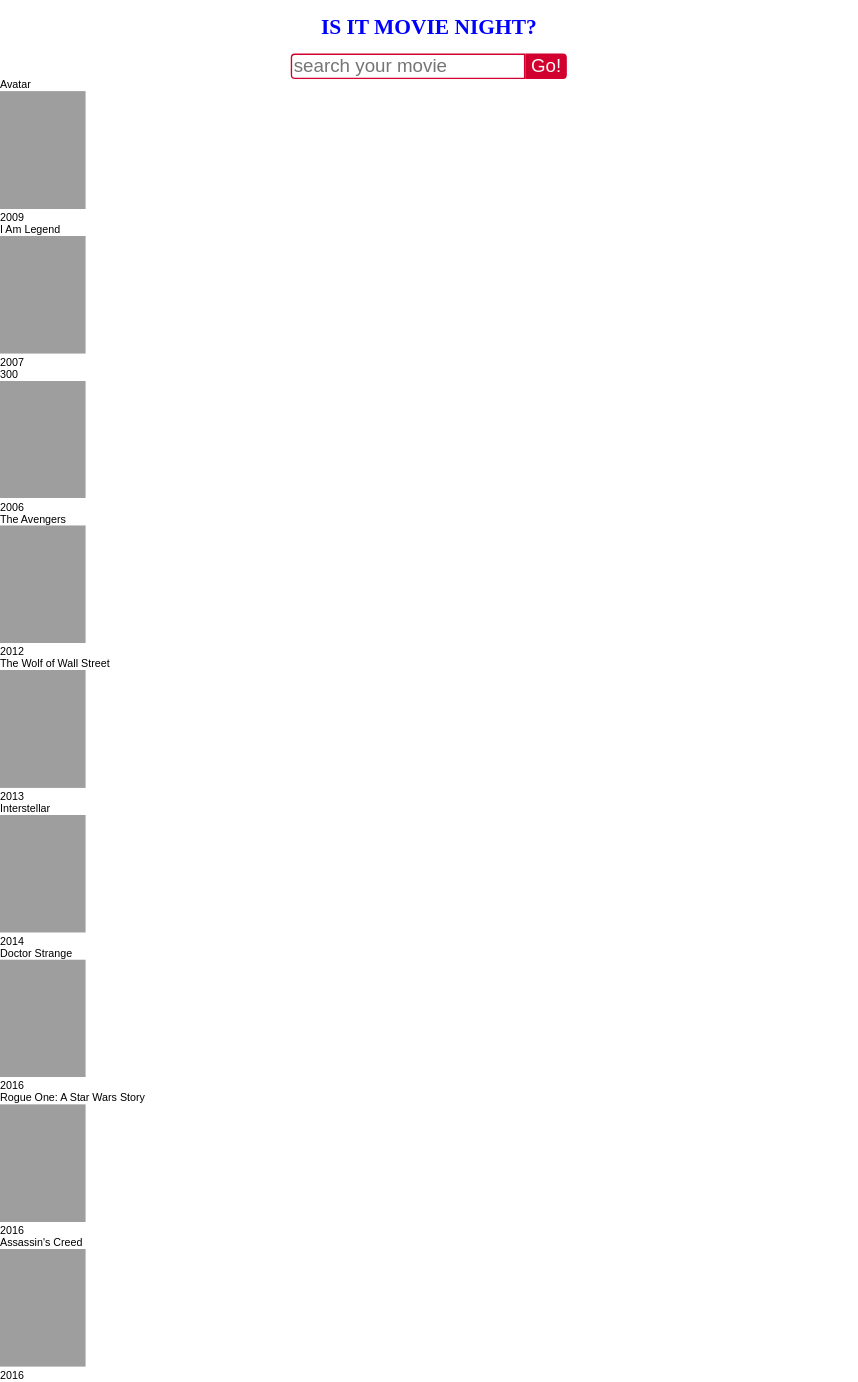
Repository: runner855/movies-app
Page: /
An editor plug-in stored every save of this project. The page is shown before and after the next save, followed by the edit.
The browser window is 1280 px wide. The pictures show the whole page, at 67% of full size.
Pictures or frames that could not be fetched are drawn as grey boxes. The project was rebuilt for these pictures with package versions that can differ from the ones it lists, and the page was loaded fresh each time. Also part of the build but not shown: src/styles/App.css.

Above is the page before, as saved 2021-06-17 22:43:54.

### src/index.js
import React from "react";
import ReactDOM from "react-dom";
import "./styles/index.css";
import App from "./components/App";
import data from "./data/data.json";

ReactDOM.render(
  <React.StrictMode>
    <App data={data} />
  </React.StrictMode>,
  document.getElementById("root")
);

### src/styles/index.css
@font-face {
  font-family: "BebasNeue";
  src: url("../fonts/BebasNeue.otf") format("otf");
}
* {
  box-sizing: border-box;
}

body {
  margin: 0;
  padding: 0;
  font-family: "BebasNeue", sans-serif;
  /* background-color: #000; */
}

### src/components/App.js
import React from "react";
import "../styles/App.css";
import PropTypes from "prop-types";
import Header from "../components/header";
import Search from "../components/Search";
import MovieSummaries from "./MovieSummaries";

const App = ({ data }) => {
  return (
    <div className="Movie">
      <Header />
      <Search />
      <MovieSummaries data={data} />
    </div>
  );
};

export default App;

App.propTypes = {
  movies: PropTypes.arrayOf(
    PropTypes.shape({
      Title: PropTypes.string,
      Poster: PropTypes.any,
      Year: PropTypes.number,
    })
  ),
};

### src/data/data.json
[
  {
    "Title": "Avatar",
    "Year": "2009",
    "Rated": "PG-13",
    "Released": "18 Dec 2009",
    "Runtime": "162 min",
    "Genre": "Action, Adventure, Fantasy",
    "Director": "James Cameron",
    "Writer": "James Cameron",
    "Actors": "Sam Worthington, Zoe Saldana, Sigourney Weaver, Stephen Lang",
    "Plot": "A paraplegic marine dispatched to the moon Pandora on a unique mission becomes torn between following his orders and protecting the world he feels is his home.",
    "Language": "English, Spanish",
    "Country": "USA, UK",
    "Awards": "Won 3 Oscars. Another 80 wins & 121 nominations.",
    "Poster": "https://lumiere-a.akamaihd.net/v1/images/avatar_800x1200_208c9665.jpeg?region=0%2C0%2C800%2C1200",
    "Metascore": "83",
    "imdbRating": "7.9",
    "imdbVotes": "890,617",
    "imdbID": "tt0499549",
    "Type": "movie",
    "Response": "True",
    "Images": [
      "https://images-na.ssl-images-amazon.com/images/M/MV5BMjEyOTYyMzUxNl5BMl5BanBnXkFtZTcwNTg0MTUzNA@@._V1_SX1500_CR0,0,1500,999_AL_.jpg",
      "https://images-na.ssl-images-amazon.com/images/M/MV5BNzM2MDk3MTcyMV5BMl5BanBnXkFtZTcwNjg0MTUzNA@@._V1_SX1777_CR0,0,1777,999_AL_.jpg",
      "https://images-na.ssl-images-amazon.com/images/M/MV5BMTY2ODQ3NjMyMl5BMl5BanBnXkFtZTcwODg0MTUzNA@@._V1_SX1777_CR0,0,1777,999_AL_.jpg",
      "https://images-na.ssl-images-amazon.com/images/M/MV5BMTMxOTEwNDcxN15BMl5BanBnXkFtZTcwOTg0MTUzNA@@._V1_SX1777_CR0,0,1777,999_AL_.jpg",
      "https://images-na.ssl-images-amazon.com/images/M/MV5BMTYxMDg1Nzk1MV5BMl5BanBnXkFtZTcwMDk0MTUzNA@@._V1_SX1500_CR0,0,1500,999_AL_.jpg"
    ]
  },
  {
    "Title": "I Am Legend",
    "Year": "2007",
    "Rated": "PG-13",
    "Released": "14 Dec 2007",
    "Runtime": "101 min",
    "Genre": "Drama, Horror, Sci-Fi",
    "Director": "Francis Lawrence",
    "Writer": "Mark Protosevich (screenplay), Akiva Goldsman (screenplay), Richard Matheson (novel), John William Corrington, Joyce Hooper Corrington",
    "Actors": "Will Smith, Alice Braga, Charlie Tahan, Salli Richardson-Whitfield",
    "Plot": "Years after a plague kills most of humanity and transforms the rest into monsters, the sole survivor in New York City struggles valiantly to find a cure.",
    "Language": "English",
    "Country": "USA",
    "Awards": "9 wins & 21 nominations.",
    "Poster": "https://m.media-amazon.com/images/M/MV5BNWNlNzI2MzgtYmJiYS00YjljLTk0ZGQtZDM3NjU4YjNmMjdiXkEyXkFqcGdeQXVyNTIzOTk5ODM@._V1_.jpg",
    "Metascore": "65",
    "imdbRating": "7.2",
    "imdbVotes": "533,874",
    "imdbID": "tt0480249",
    "Type": "movie",
    "Response": "True",
    "Images": [
      "https://images-na.ssl-images-amazon.com/images/M/MV5BMTI0NTI4NjE3NV5BMl5BanBnXkFtZTYwMDA0Nzc4._V1_.jpg",
      "https://images-na.ssl-images-amazon.com/images/M/MV5BMTIwMDg2MDU4M15BMl5BanBnXkFtZTYwMTA0Nzc4._V1_.jpg",
      "https://images-na.ssl-images-amazon.com/images/M/MV5BMTc5MDM1OTU5OV5BMl5BanBnXkFtZTYwMjA0Nzc4._V1_.jpg",
      "https://images-na.ssl-images-amazon.com/images/M/MV5BMTA0MTI2NjMzMzFeQTJeQWpwZ15BbWU2MDMwNDc3OA@@._V1_.jpg"
    ]
  },
  {
    "Title": "300",
    "Year": "2006",
    "Rated": "R",
    "Released": "09 Mar 2007",
    "Runtime": "117 min",
    "Genre": "Action, Drama, Fantasy",
    "Director": "Zack Snyder",
    "Writer": "Zack Snyder (screenplay), Kurt Johnstad (screenplay), Michael Gordon (screenplay), Frank Miller (graphic novel), Lynn Varley (graphic novel)",
    "Actors": "Gerard Butler, Lena Headey, Dominic West, David Wenham",
    "Plot": "King Leonidas of Sparta and a force of 300 men fight the Persians at Thermopylae in 480 B.C.",
    "Language": "English",
    "Country": "USA",
    "Awards": "16 wins & 42 nominations.",
    "Poster": "https://m.media-amazon.com/images/M/MV5BNWMxYTZlOTUtZDExMi00YzZmLTkwYTMtZmM2MmRjZmQ3OGY4XkEyXkFqcGdeQXVyMTAwMzUyMzUy._V1_.jpg",
    "Metascore": "52",
    "imdbRating": "7.7",
    "imdbVotes": "611,046",
    "imdbID": "tt0416449",
    "Type": "movie",
    "Response": "True",
    "Images": [
      "https://images-na.ssl-images-amazon.com/images/M/MV5BMTMwNTg5MzMwMV5BMl5BanBnXkFtZTcwMzA2NTIyMw@@._V1_SX1777_CR0,0,1777,937_AL_.jpg",
      "https://images-na.ssl-images-amazon.com/images/M/MV5BMTQwNTgyNTMzNF5BMl5BanBnXkFtZTcwNDA2NTIyMw@@._V1_SX1777_CR0,0,1777,935_AL_.jpg",
      "https://images-na.ssl-images-amazon.com/images/M/MV5BMTc0MjQzOTEwMV5BMl5BanBnXkFtZTcwMzE2NTIyMw@@._V1_SX1777_CR0,0,1777,947_AL_.jpg"
    ]
  },
  {
    "Title": "The Avengers",
    "Year": "2012",
    "Rated": "PG-13",
    "Released": "04 May 2012",
    "Runtime": "143 min",
    "Genre": "Action, Sci-Fi, Thriller",
    "Director": "Joss Whedon",
    "Writer": "Joss Whedon (screenplay), Zak Penn (story), Joss Whedon (story)",
    "Actors": "Robert Downey Jr., Chris Evans, Mark Ruffalo, Chris Hemsworth",
    "Plot": "Earth's mightiest heroes must come together and learn to fight as a team if they are to stop the mischievous Loki and his alien army from enslaving humanity.",
    "Language": "English, Russian",
    "Country": "USA",
    "Awards": "Nominated for 1 Oscar. Another 34 wins & 75 nominations.",
    "Poster": "https://m.media-amazon.com/images/M/MV5BNDYxNjQyMjAtNTdiOS00NGYwLWFmNTAtNThmYjU5ZGI2YTI1XkEyXkFqcGdeQXVyMTMxODk2OTU@._V1_UY1200_CR90,0,630,1200_AL_.jpg",
    "Metascore": "69",
    "imdbRating": "8.1",
    "imdbVotes": "1,003,301",
    "imdbID": "tt0848228",
    "Type": "movie",
    "Response": "True",
    "Images": [
      "https://images-na.ssl-images-amazon.com/images/M/MV5BMTA0NjY0NzE4OTReQTJeQWpwZ15BbWU3MDczODg2Nzc@._V1_SX1777_CR0,0,1777,999_AL_.jpg",
      "https://images-na.ssl-images-amazon.com/images/M/MV5BMjE1MzEzMjcyM15BMl5BanBnXkFtZTcwNDM4ODY3Nw@@._V1_SX1777_CR0,0,1777,999_AL_.jpg",
      "https://images-na.ssl-images-amazon.com/images/M/MV5BMjMwMzM2MTg1M15BMl5BanBnXkFtZTcwNjM4ODY3Nw@@._V1_SX1777_CR0,0,1777,999_AL_.jpg",
      "https://images-na.ssl-images-amazon.com/images/M/MV5BMTQ4NzM2Mjc5MV5BMl5BanBnXkFtZTcwMTkwOTY3Nw@@._V1_SX1777_CR0,0,1777,999_AL_.jpg",
      "https://images-na.ssl-images-amazon.com/images/M/MV5BMTc3MzQ3NjA5N15BMl5BanBnXkFtZTcwMzY5OTY3Nw@@._V1_SX1777_CR0,0,1777,999_AL_.jpg"
    ]
  },
  {
    "Title": "The Wolf of Wall Street",
    "Year": "2013",
    "Rated": "R",
    "Released": "25 Dec 2013",
    "Runtime": "180 min",
    "Genre": "Biography, Comedy, Crime",
    "Director": "Martin Scorsese",
    "Writer": "Terence Winter (screenplay), Jordan Belfort (book)",
    "Actors": "Leonardo DiCaprio, Jonah Hill, Margot Robbie, Matthew McConaughey",
    "Plot": "Based on the true story of Jordan Belfort, from his rise to a wealthy stock-broker living the high life to his fall involving crime, corruption and the federal government.",
    "Language": "English, French",
    "Country": "USA",
    "Awards": "Nominated for 5 Oscars. Another 35 wins & 154 nominations.",
    "Poster": "https://m.media-amazon.com/images/I/51tjFmNBV+L._AC_.jpg",
    "Metascore": "75",
    "imdbRating": "8.2",
    "imdbVotes": "786,985",
    "imdbID": "tt0993846",
    "Type": "movie",
    "Response": "True",
    "Images": [
      "https://images-na.ssl-images-amazon.com/images/M/MV5BNDIwMDIxNzk3Ml5BMl5BanBnXkFtZTgwMTg0MzQ4MDE@._V1_SX1500_CR0,0,1500,999_AL_.jpg",
      "https://images-na.ssl-images-amazon.com/images/M/MV5BMTc0NzAxODAyMl5BMl5BanBnXkFtZTgwMDg0MzQ4MDE@._V1_SX1500_CR0,0,1500,999_AL_.jpg",
      "https://images-na.ssl-images-amazon.com/images/M/MV5BMTExMDk1MDE4NzVeQTJeQWpwZ15BbWU4MDM4NDM0ODAx._V1_SX1500_CR0,0,1500,999_AL_.jpg",
      "https://images-na.ssl-images-amazon.com/images/M/MV5BMTg3MTY4NDk4Nl5BMl5BanBnXkFtZTgwNjc0MzQ4MDE@._V1_SX1500_CR0,0,1500,999_AL_.jpg",
      "https://images-na.ssl-images-amazon.com/images/M/MV5BMTgzMTg4MDI0Ml5BMl5BanBnXkFtZTgwOTY0MzQ4MDE@._V1_SY1000_CR0,0,1553,1000_AL_.jpg"
    ]
  },
  {
    "Title": "Interstellar",
    "Year": "2014",
    "Rated": "PG-13",
    "Released": "07 Nov 2014",
    "Runtime": "169 min",
    "Genre": "Adventure, Drama, Sci-Fi",
    "Director": "Christopher Nolan",
    "Writer": "Jonathan Nolan, Christopher Nolan",
    "Actors": "Ellen Burstyn, Matthew McConaughey, Mackenzie Foy, John Lithgow",
    "Plot": "A team of explorers travel through a wormhole in space in an attempt to ensure humanity's survival.",
    "Language": "English",
    "Country": "USA, UK",
    "Awards": "Won 1 Oscar. Another 39 wins & 134 nominations.",
    "Poster": "https://m.media-amazon.com/images/M/MV5BZjdkOTU3MDktN2IxOS00OGEyLWFmMjktY2FiMmZkNWIyODZiXkEyXkFqcGdeQXVyMTMxODk2OTU@._V1_.jpg",
    "Metascore": "74",
    "imdbRating": "8.6",
    "imdbVotes": "937,412",
    "imdbID": "tt0816692",
    "Type": "movie",
    "Response": "True",
    "Images": [
      "https://images-na.ssl-images-amazon.com/images/M/MV5BMjA3NTEwOTMxMV5BMl5BanBnXkFtZTgwMjMyODgxMzE@._V1_SX1500_CR0,0,1500,999_AL_.jpg",
      "https://images-na.ssl-images-amazon.com/images/M/MV5BMzQ5ODE2MzEwM15BMl5BanBnXkFtZTgwMTMyODgxMzE@._V1_SX1500_CR0,0,1500,999_AL_.jpg",
      "https://images-na.ssl-images-amazon.com/images/M/MV5BMTg4Njk4MzY0Nl5BMl5BanBnXkFtZTgwMzIyODgxMzE@._V1_SX1500_CR0,0,1500,999_AL_.jpg",
      "https://images-na.ssl-images-amazon.com/images/M/MV5BMzE3MTM0MTc3Ml5BMl5BanBnXkFtZTgwMDIyODgxMzE@._V1_SX1500_CR0,0,1500,999_AL_.jpg",
      "https://images-na.ssl-images-amazon.com/images/M/MV5BNjYzNjE2NDk3N15BMl5BanBnXkFtZTgwNzEyODgxMzE@._V1_SX1500_CR0,0,1500,999_AL_.jpg"
    ]
  },
  {
    "ComingSoon": true,
    "Title": "Doctor Strange",
    "Year": "2016",
    "Rated": "N/A",
    "Released": "04 Nov 2016",
    "Runtime": "N/A",
    "Genre": "Action, Adventure, Fantasy",
    "Director": "Scott Derrickson",
    "Writer": "Scott Derrickson (screenplay), C. Robert Cargill (screenplay), Jon Spaihts (story by), Scott Derrickson (story by), C. Robert Cargill (story by), Steve Ditko (comic book)",
    "Actors": "Rachel McAdams, Benedict Cumberbatch, Mads Mikkelsen, Tilda Swinton",
    "Plot": "After his career is destroyed, a brilliant but arrogant and conceited surgeon gets a new lease on life when a sorcerer takes him under her wing and trains him to defend the world against evil.",
    "Language": "English",
    "Country": "USA",
    "Awards": "N/A",
    "Poster": "https://m.media-amazon.com/images/M/MV5BNjgwNzAzNjk1Nl5BMl5BanBnXkFtZTgwMzQ2NjI1OTE@._V1_.jpg",
    "Metascore": "N/A",
    "imdbRating": "N/A",
    "imdbVotes": "N/A",
    "imdbID": "tt1211837",
    "Type": "movie",
    "Response": "True",
    "Images": [
      "https://images-na.ssl-images-amazon.com/images/M/MV5BMjM3ODc1ODI5Ml5BMl5BanBnXkFtZTgwODMzMDY3OTE@._V1_.jpg",
      "https://images-na.ssl-images-amazon.com/images/M/MV5BMTgxNTAyNTU0NV5BMl5BanBnXkFtZTgwNzMzMDY3OTE@._V1_.jpg",
      "https://images-na.ssl-images-amazon.com/images/M/MV5BMjE5NDc5NzUwNV5BMl5BanBnXkFtZTgwMDM3MDM2NzE@._V1_.jpg"
    ]
  },
  {
    "ComingSoon": true,
    "Title": "Rogue One: A Star Wars Story",
    "Year": "2016",
    "Rated": "N/A",
    "Released": "16 Dec 2016",
    "Runtime": "N/A",
    "Genre": "Action, Adventure, Sci-Fi",
    "Director": "Gareth Edwards",
    "Writer": "Chris Weitz (screenplay), Tony Gilroy (screenplay), John Knoll (story), Gary Whitta (story), George Lucas (characters)",
    "Actors": "Felicity Jones, Riz Ahmed, Mads Mikkelsen, Ben Mendelsohn",
    "Plot": "The Rebellion makes a risky move to steal the plans to the Death Star, setting up the epic saga to follow.",
    "Language": "English",
    "Country": "USA",
    "Awards": "1 nomination.",
    "Poster": "https://images-na.ssl-images-amazon.com/images/M/MV5BMjQyMzI2OTA3OF5BMl5BanBnXkFtZTgwNDg5NjQ0OTE@._V1_SY1000_CR0,0,674,1000_AL_.jpg",
    "Metascore": "N/A",
    "imdbRating": "N/A",
    "imdbVotes": "N/A",
    "imdbID": "tt3748528",
    "Type": "movie",
    "Response": "True",
    "Images": [
      "https://images-na.ssl-images-amazon.com/images/M/MV5BMjE3MzA4Nzk3NV5BMl5BanBnXkFtZTgwNjAxMTc1ODE@._V1_SX1777_CR0,0,1777,744_AL_.jpg",
      "https://images-na.ssl-images-amazon.com/images/M/MV5BNDMxMTQzMjQxM15BMl5BanBnXkFtZTgwNzAxMTc1ODE@._V1_SX1777_CR0,0,1777,744_AL_.jpg",
      "https://images-na.ssl-images-amazon.com/images/M/MV5BMTUyNjkxOTk5NV5BMl5BanBnXkFtZTgwODAxMTc1ODE@._V1_SX1777_CR0,0,1777,744_AL_.jpg",
      "https://images-na.ssl-images-amazon.com/images/M/MV5BNjM4MzExNDAyNl5BMl5BanBnXkFtZTgwOTAxMTc1ODE@._V1_SX1777_CR0,0,1777,744_AL_.jpg",
      "https://images-na.ssl-images-amazon.com/images/M/MV5BMjE3NTgxMDcyNV5BMl5BanBnXkFtZTgwMDExMTc1ODE@._V1_SX1777_CR0,0,1777,744_AL_.jpg"
    ]
  },
  {
    "ComingSoon": true,
    "Title": "Assassin's Creed",
    "Year": "2016",
    "Rated": "N/A",
    "Released": "21 Dec 2016",
    "Runtime": "N/A",
    "Genre": "Action, Adventure, Fantasy",
    "Director": "Justin Kurzel",
    "Writer": "Bill Collage (screenplay), Adam Cooper (screenplay), Michael Lesslie (screenplay)",
    "Actors": "Michael Fassbender, Michael Kenneth Williams, Marion Cotillard, Jeremy Irons",
    "Plot": "When Callum Lynch explores the memories of his ancestor Aguilar and gains the skills of a Master Assassin, he discovers he is a descendant of the secret Assassins society.",
    "Language": "English",
    "Country": "UK, France, USA, Hong Kong",
    "Awards": "N/A",
    "Poster": "https://m.media-amazon.com/images/M/MV5BNzE1OTczNTc1OF5BMl5BanBnXkFtZTgwMzgyMDI3MDI@._V1_.jpg",
    "Metascore": "N/A",
    "imdbRating": "N/A",
    "imdbVotes": "N/A",
    "imdbID": "tt2094766",
    "Type": "movie",
    "Response": "True",
    "Images": [
      "https://images-na.ssl-images-amazon.com/images/M/MV5BN2EyYzgyOWEtNTY2NS00NjRjLWJiNDYtMWViMjg5MWZjYjgzXkEyXkFqcGdeQXVyNjUwNzk3NDc@._V1_.jpg",
      "https://images-na.ssl-images-amazon.com/images/M/MV5BMTYwOWYzOTctOTc4My00ZmJkLTgzMTctMmUxNDI5ODQzYzNjXkEyXkFqcGdeQXVyNDAyODU1Njc@._V1_SX1500_CR0,0,1500,999_AL_.jpg",
      "https://images-na.ssl-images-amazon.com/images/M/MV5BZTY5ZGUxMTAtYTU0OC00NGQ2LTkzNzgtZGZmNjlmNjY3MGU0XkEyXkFqcGdeQXVyNTY0MTkxMTg@._V1_SY1000_CR0,0,1500,1000_AL_.jpg",
      "https://images-na.ssl-images-amazon.com/images/M/MV5BZjA0MWYwZTEtYzc5Yi00NGM2LTg1YTctNjY2YzQ0NDJhZDAwXkEyXkFqcGdeQXVyNDAyODU1Njc@._V1_SY1000_CR0,0,1499,1000_AL_.jpg"
    ]
  }
]

### src/components/header.js
import React from "react";
import "../styles/header.css";

const header = () => {
  return (
    <>
      <h1>IS IT MOVIE NIGHT?</h1>
    </>
  );
};

export default header;

### src/components/Search.js
import React from "react";
import "../styles/Search.css";

const Search = () => {
  return (
    <>
      <form className="search-form">
        <input
          placeholder="search your movie"
          className="search-input"
          type="text"
        />
        <button className="search-btn" type="submit">
          Go!
        </button>
      </form>
    </>
  );
};

export default Search;

### src/components/MovieSummaries.js
import React from "react";
import PropTypes from "prop-types";
import MovieSummary from "../components/MovieSummary";

const MovieSummaries = ({ data }) => {
  return (
    <>
      <div className="MovieSummaries_container">
        {data.map((data, key) => {
          console.log(data.Poster);
          return (
            <MovieSummary
              key={key}
              Title={data.Title}
              Poster={data.Poster}
              Year={data.Year}
            />
          );
        })}
      </div>
    </>
  );
};

export default MovieSummaries;

MovieSummaries.propTypes = {
  data: PropTypes.arrayOf(
    PropTypes.shape({
      Title: PropTypes.string.isRequired,
      Poster: PropTypes.any.isRequired,
      Year: PropTypes.number.isRequired,
    })
  ),
};

### src/styles/header.css
h1 {
  font-family: "BebasNeue";
  color: red;
  font-weight: bold;
  text-align: center;
}

### src/styles/Search.css
.App {
  display: flex;
  flex-direction: column;
}

.app-ui {
  display: grid;
  grid-template-columns: repeat(auto-fit, min-max(384px, 2fr));
  grid-gap: 16px;
}

.search-input {
  width: 350px;
  background: #fff;
  border: 2px solid #d1002e;
  font-size: 28px;
  display: inline-block;
  outline: none;
  border-radius: 6px 0 0 6px;
}

.search-input {
  grid-column-start: 1;
  grid-column-end: -1;
}

.search-input input {
  width: 100%;
  box-sizing: border-box;
  justify-content: center;
}

.search-form {
  display: flex;
  flex-direction: row;
  justify-content: center;
  text-decoration: none;
}

.search-btn {
  position: relative;
  border: 2px solid #d1002e;
  background-color: #d1002e;
  color: #fafafa;
  font-size: 28px;
  display: inline-block;
  outline: none;
  border-radius: 0 6px 6px 0;
}

### src/components/MovieSummary.js
import React from "react";
import "../styles/MovieSummary.css";

const MovieSummary = (props) => {
  const { Title, Poster, Year } = props;

  return (
    <div className="Movie-summary">
      <div className="Movie-summary_title">{Title}</div>
      <img className="Movie-summary_Poster" src={Poster} alt="img-poster" />
      <div className="Movie-summary_year">{Year}</div>
    </div>
  );
};

export default MovieSummary;

### src/styles/MovieSummary.css
h1,
h3 {
  color: blue;
  text-align: center;
}

img {
  width: 8em;
  height: 11em;
  display: inline-flex;
  justify-content: space-around;
}

### src/styles/MovieSummaries.css
.MovieSummaries_container {
  display: flex;
  justify-content: space-between;
}

Loaded but not shown: public/index.html (common file)

After the next save:
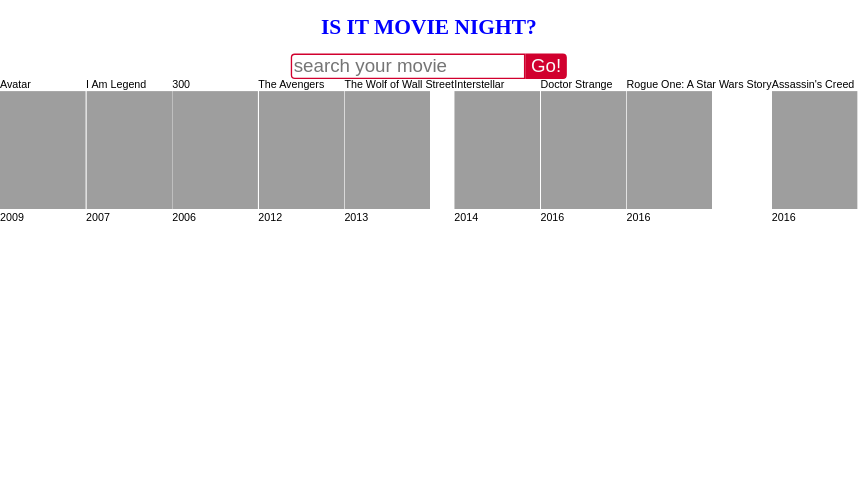
Saved 42 s later.
--- a/src/components/MovieSummaries.js
+++ b/src/components/MovieSummaries.js
@@ -1,5 +1,6 @@
 import React from "react";
 import PropTypes from "prop-types";
+import "../styles/MovieSummaries.css";
 import MovieSummary from "../components/MovieSummary";
 
 const MovieSummaries = ({ data }) => {
